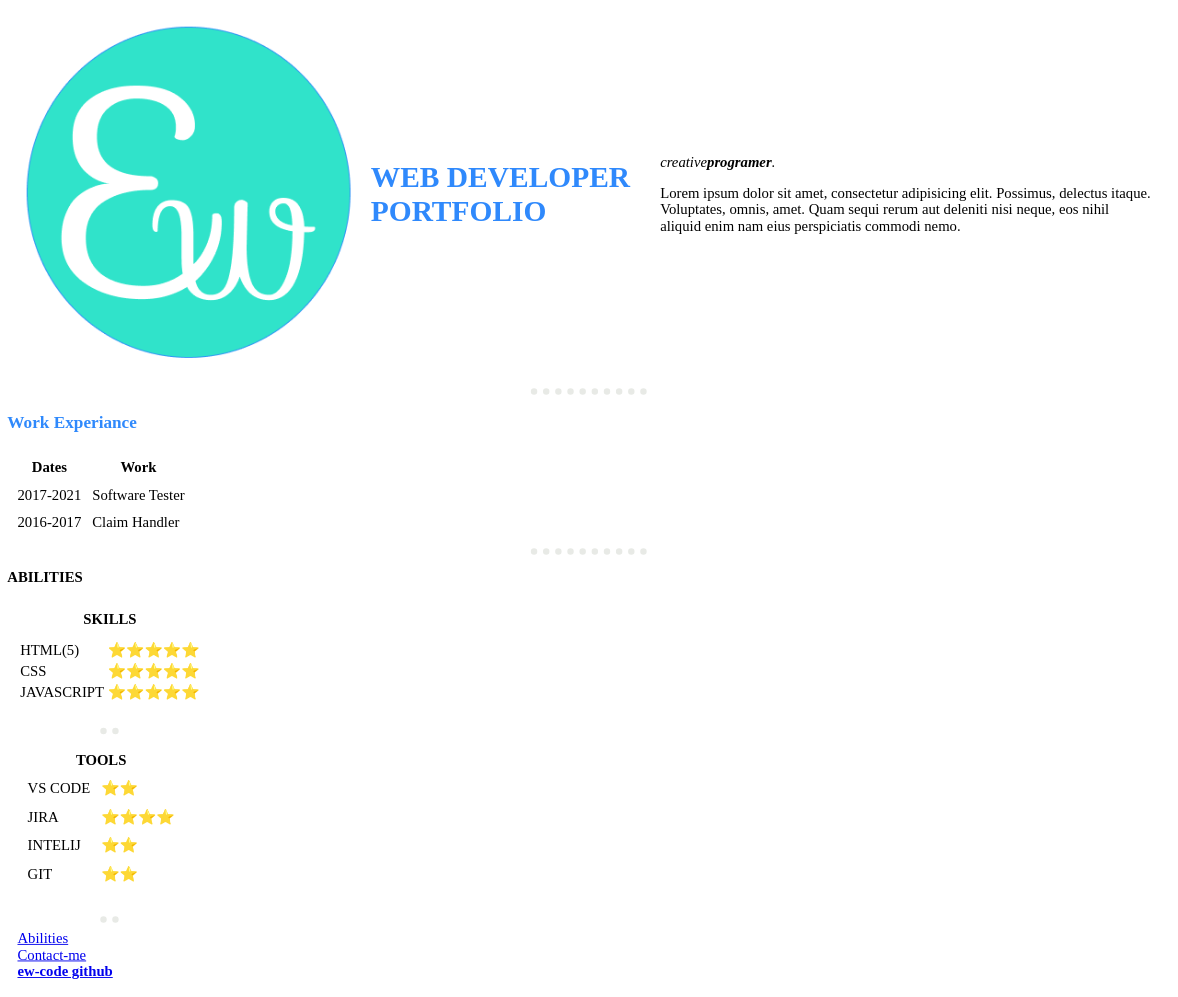
Repository: ew-code/Web-Development
Page: HTML - Personal Site/index.html
An editor plug-in stored every save of this project. The page is shown before and after a run of saves, followed by the edit.
The browser window is 1280 px wide. The pictures show the whole page, at 92% of full size.

Above is the page before, as saved 2021-01-06 22:30:49.

### HTML - Personal Site/index.html
<!DOCTYPE html>
<html lang="en" dir="ltr">

<head>
  <meta charset="utf-8"> <!-- dopracować meta description dla silników wyszukiwarek-->
  <title>Personal Site</title>
  <link rel="stylesheet" href="css/styles.css">
</head>

<body>
  <table cellspacing="20">
    <tr>
      <td><img src="images/Frame 1.png" alt="dot"></td>
      <td>
        <h1>WEB DEVELOPER PORTFOLIO</h1>
      </td>
      <td>
        <p><em>creative<strong>programer</strong>.</em></p>
        <p>Lorem ipsum dolor sit amet, consectetur adipisicing elit. Possimus, delectus itaque. Voluptates, omnis, amet.
          Quam sequi rerum aut deleniti nisi neque, eos nihil aliquid enim nam eius perspiciatis commodi nemo.</p>
      </td>
    </tr>
  </table>

  <hr>

  <h3>Work Experiance</h3>
  <table cellspacing="10">
    <thead>
      <tr>
        <th>Dates</th>
        <th>Work</th>
      </tr>
    </thead>
    <tbody>
      <tr>
        <td>2017-2021</td>
        <td>Software Tester</td>
      </tr>
    </tbody>
    <tbody>
      <tr>
        <td>2016-2017</td>
        <td>Claim Handler</td>
      </tr>
    </tbody>
  </table>

  <hr>

    <p><strong>ABILITIES</strong></p>

  <table cellspacing="10">
    <thead>
      <tr>
        <th colspan="2">SKILLS</th>
      </tr>
    </thead>
    <tr>
      <td>
        <table>
          <tr>
            <td>HTML(5)</td>
            <td>⭐⭐⭐⭐⭐</td>
          </tr>
          <tr>
            <td>CSS</td>
            <td>⭐⭐⭐⭐⭐</td>
          </tr>
          <tr>
            <td>JAVASCRIPT</td>
            <td>⭐⭐⭐⭐⭐</td>
          </tr>
        </table>

        <br>

      <hr>

        <table cellspacing="10">
          <thead>
            <tr>
              <th colspan="2">TOOLS</th>
            </tr>
          </thead>
          <tbody>
            <tr>
              <td>VS CODE</td>
              <td>⭐⭐</td>
            </tr>
            <tr>
              <td>JIRA</td>
              <td>⭐⭐⭐⭐</td>
            </tr>
            <tr>
              <td>INTELIJ</td>
              <td>⭐⭐</td>
            </tr>
            <tr>
              <td>GIT</td>
              <td>⭐⭐</td>
            </tr>
          </tbody>
        </table>
  <br>

  <hr>

  <a href="abilities.html">Abilities</a>
  <br>
  <a href="contact.html">Contact-me</a>
  <br>
  <strong><a href="https://github.com/ew-code">ew-code github</a></strong>
</body>

</html>

### HTML - Personal Site/css/styles.css
  body {
      background-color: white;
  }

h1 {
    color: #2F89FC;
}

h3 {
    color: #2F89FC;
}
  hr {
      border-style: none;
      border-top-style: dotted;
      border-color: #e8eae6;
      border-width: 7px;
      width: 10%;
  }

After the next 2 saves:
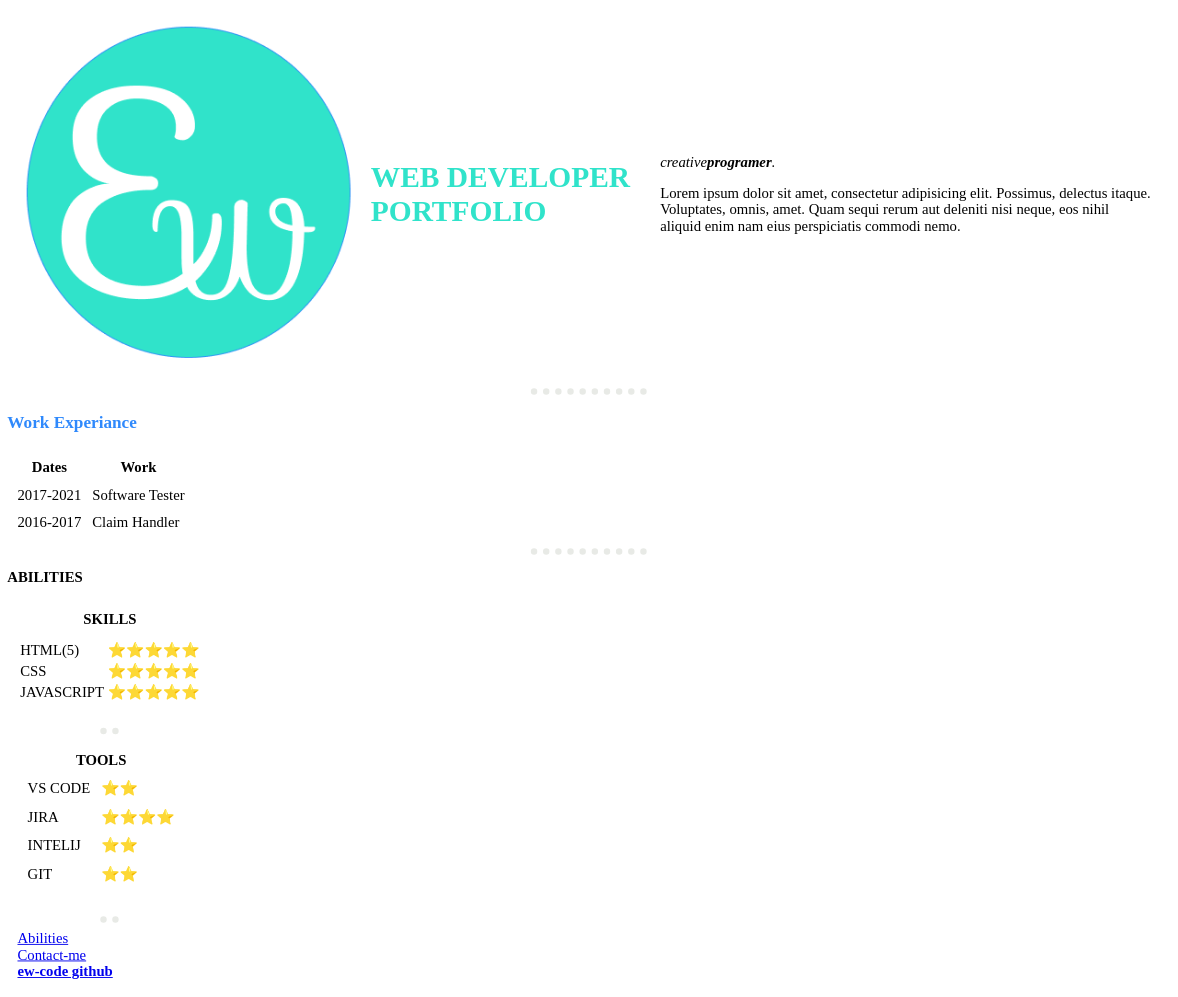
The 2 saves are shown as one change because they came seconds apart.
The last was saved 64 s later.
--- a/HTML - Personal Site/css/styles.css
+++ b/HTML - Personal Site/css/styles.css
@@ -3,7 +3,7 @@
   }
 
 h1 {
-    color: #2F89FC;
+    color: #30e3ca;
 }
 
 h3 {
